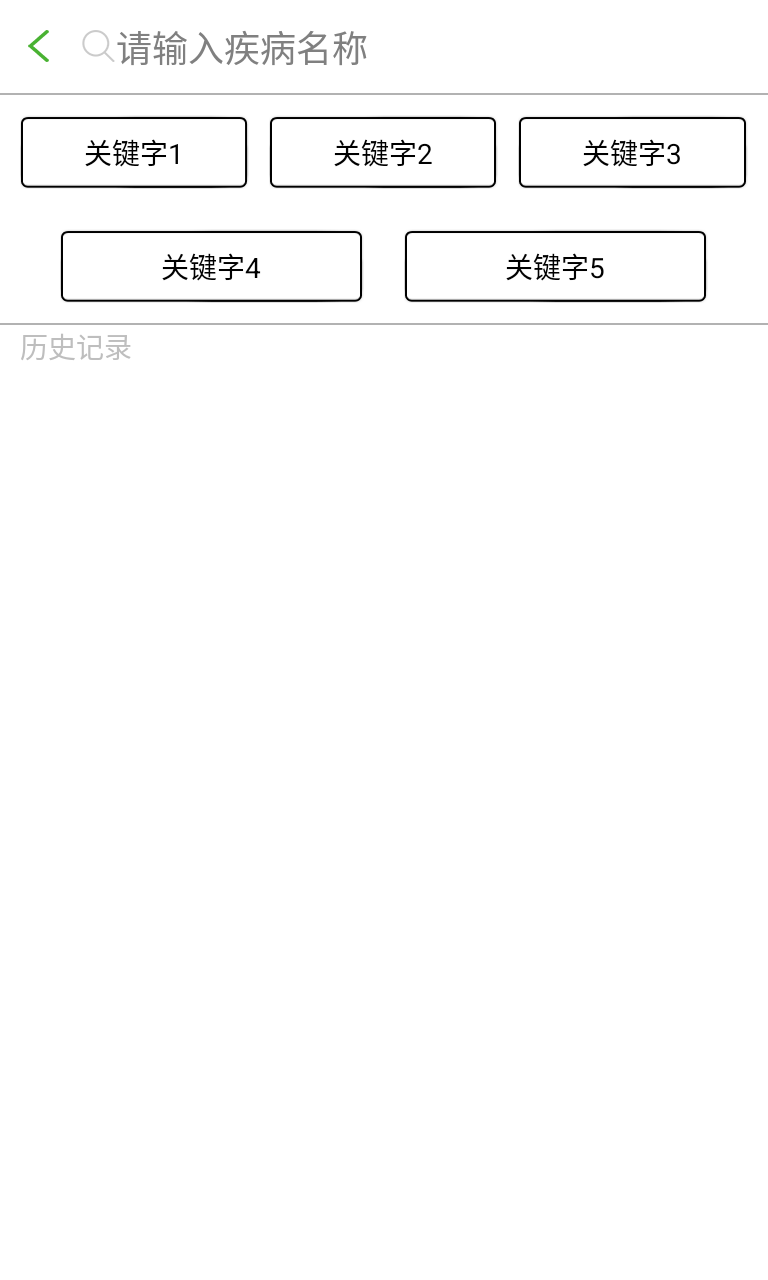
Repository: hjhlove110/XYApp
Layout: XYApp/res/layout/serache_view.xml
The author's editor kept a copy of each file at every save. The layout is drawn from the files as they stood at one save, then again after the next save.
It is drawn on a 768 x 1280 px phone screen (xhdpi) without system bars, with theme Translucent; the app's code is not run.

Above is the layout before, as saved 2015-09-23 05:49:55.

### XYApp/res/layout/serache_view.xml
<LinearLayout xmlns:android="http://schemas.android.com/apk/res/android"
    android:layout_width="fill_parent"
    android:layout_height="fill_parent"
    android:background="#ffffff"
    android:orientation="vertical" >

    <LinearLayout
        android:layout_width="match_parent"
        android:layout_height="wrap_content"
        android:layout_margin="10dp"
        android:gravity="left|center_vertical"
        android:orientation="horizontal" >

        <ImageButton
            android:id="@+id/btnBack"
            android:layout_width="wrap_content"
            android:layout_height="wrap_content"
            android:background="@drawable/btn_back_selector" />

        <EditText
            android:id="@+id/title"
            android:layout_width="0dp"
            android:layout_height="wrap_content"
            android:layout_weight="1"
            android:background="#ffffff"
            android:drawableLeft="@drawable/serach1"
            android:gravity="center_vertical|left"
            android:hint="请输入疾病名称"
            android:paddingLeft="10dp"
            android:paddingRight="10dp"
            android:textColor="#49b233" />
    </LinearLayout>

    <View
        android:layout_width="match_parent"
        android:layout_height="1dp"
        android:background="#b2b2b2" />

    <LinearLayout
        android:layout_width="match_parent"
        android:layout_height="wrap_content"
        android:layout_margin="10dp"
        android:orientation="horizontal" >

        <Button
            android:id="@+id/btnMsg1"
            android:layout_width="0dp"
            android:layout_height="wrap_content"
            android:layout_weight="1"
            android:background="@drawable/edittext_back"
            android:paddingBottom="8dp"
            android:paddingTop="8dp"
            android:text="关键字1" />

        <Button
            android:id="@+id/btnMsg2"
            android:layout_width="0dp"
            android:layout_height="wrap_content"
            android:layout_marginLeft="10dp"
            android:layout_marginRight="10dp"
            android:layout_weight="1"
            android:background="@drawable/edittext_back"
            android:paddingBottom="8dp"
            android:paddingTop="8dp"
            android:text="关键字2" />

        <Button
            android:id="@+id/btnMsg3"
            android:layout_width="0dp"
            android:layout_height="wrap_content"
            android:layout_weight="1"
            android:background="@drawable/edittext_back"
            android:paddingBottom="8dp"
            android:paddingTop="8dp"
            android:text="关键字3" />
    </LinearLayout>

    <LinearLayout
        android:layout_width="match_parent"
        android:layout_height="wrap_content"
        android:layout_margin="10dp"
        android:orientation="horizontal" >

        <Button
            android:id="@+id/btnMsg4"
            android:layout_width="0dp"
            android:layout_height="wrap_content"
            android:layout_marginLeft="20dp"
            android:layout_weight="1"
            android:background="@drawable/edittext_back"
            android:paddingBottom="8dp"
            android:paddingTop="8dp"
            android:text="关键字4" />

        <Button
            android:id="@+id/btnMsg5"
            android:layout_width="0dp"
            android:layout_height="wrap_content"
            android:layout_marginLeft="20dp"
            android:layout_marginRight="20dp"
            android:layout_weight="1"
            android:background="@drawable/edittext_back"
            android:paddingBottom="8dp"
            android:paddingTop="8dp"
            android:text="关键字5" />
    </LinearLayout>

    <View
        android:layout_width="match_parent"
        android:layout_height="1dp"
        android:background="#b2b2b2" />

    <TextView
        android:layout_width="match_parent"
        android:layout_height="wrap_content"
        android:gravity="center_vertical"
        android:paddingLeft="10dp"
        android:text="历史记录" />

</LinearLayout>

### XYApp/res/values/styles.xml
<resources>

    <!--
        Base application theme, dependent on API level. This theme is replaced
        by AppBaseTheme from res/values-vXX/styles.xml on newer devices.



    -->
    <style name="AppBaseTheme" parent="Theme.AppCompat.Light">
        <!--
            Theme customizations available in newer API levels can go in
            res/values-vXX/styles.xml, while customizations related to
            backward-compatibility can go here.



        -->
    </style>

    <!-- Application theme. -->
    <style name="AppTheme" parent="AppBaseTheme">

        <!-- All customizations that are NOT specific to a particular API-level can go here. -->
        <item name="android:windowNoTitle">true</item>
    </style>

    <style name="CheckBoxMain">
        <item name="android:button">@null</item>
        <item name="android:paddingTop">12dip</item>
        <item name="android:gravity">center</item>
        <item name="android:background">@drawable/bg_mune</item>
        <item name="android:textSize">14sp</item>
        <item name="android:textColor">#656565</item>
        <item name="android:layout_width">0dip</item>
        <item name="android:layout_height">wrap_content</item>
        <item name="android:layout_weight">1</item>
    </style>

    <style name="Translucent" parent="@android:style/Theme.Translucent">
        <item name="android:windowNoTitle">true</item>
        <item name="android:windowIsFloating">true</item>
        <item name="android:windowIsTranslucent">true</item>
        <item name="android:windowContentOverlay">@null</item>
        <item name="android:windowAnimationStyle">@android:style/Animation.Dialog</item>
        <item name="android:backgroundDimEnabled">true</item>
    </style>

</resources>

### XYApp/res/drawable/btn_back_selector.xml
<?xml version="1.0" encoding="UTF-8"?>
<selector xmlns:android="http://schemas.android.com/apk/res/android">

    <item android:drawable="@drawable/l_back_p" android:state_checked="true"/>
    <item android:drawable="@drawable/l_back_p" android:state_pressed="true"/>
    <item android:drawable="@drawable/l_back"/>

</selector>

After the next save:
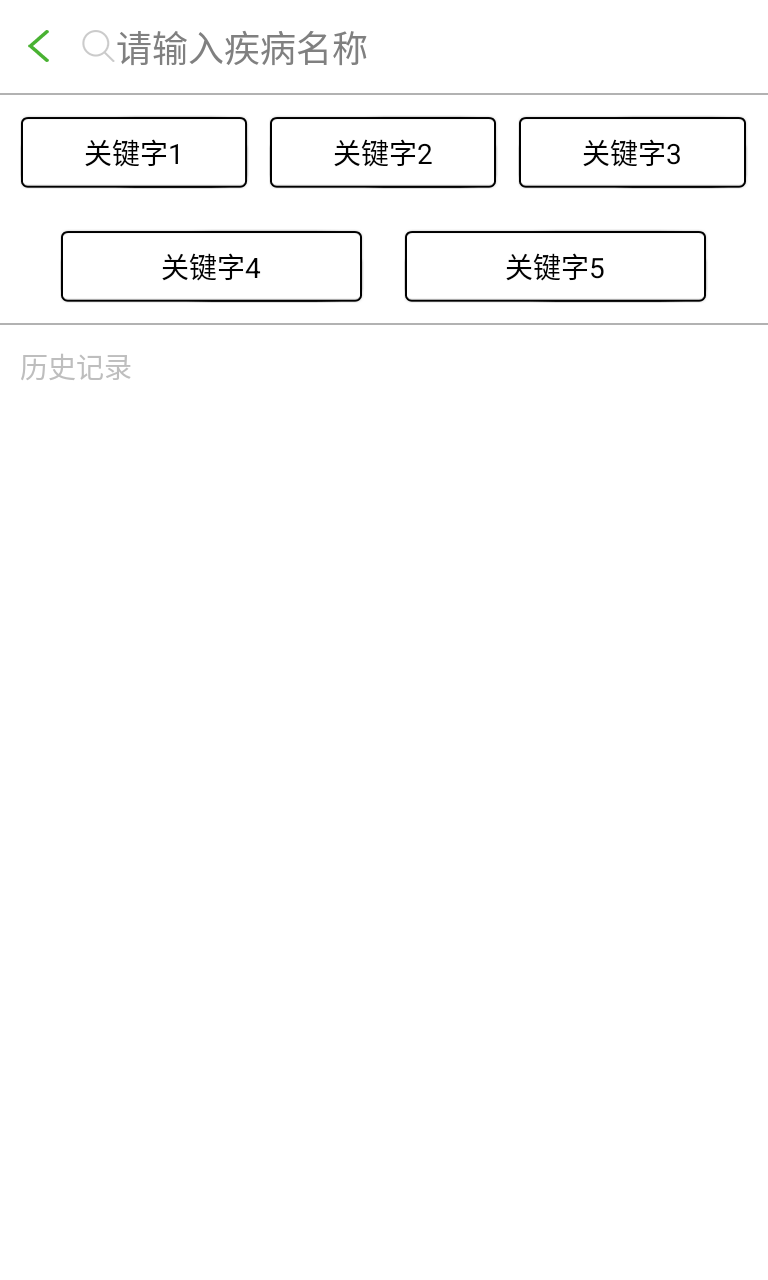
Saved 11 s later.
--- a/XYApp/res/layout/serache_view.xml
+++ b/XYApp/res/layout/serache_view.xml
@@ -114,7 +114,7 @@
         android:layout_width="match_parent"
         android:layout_height="wrap_content"
         android:gravity="center_vertical"
-        android:paddingLeft="10dp"
+        android:padding="10dp"
         android:text="历史记录" />
 
 </LinearLayout>
